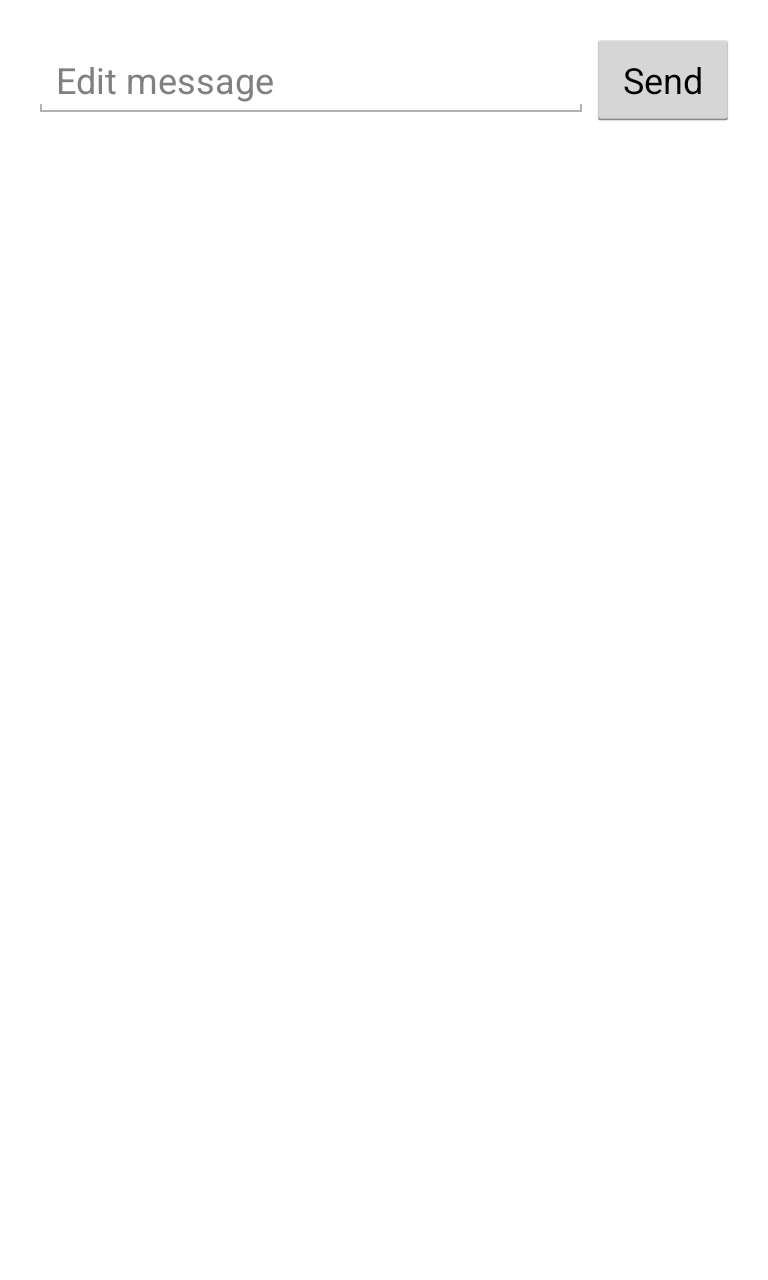
Repository: awaelchli/ese2013_warmup
Layout: MyFirstApp/res/layout/activity_main.xml
An editor plug-in stored every save of this project. The layout is shown before and after the next save, followed by the edit.
It is drawn on a 768 x 1280 px phone screen (xhdpi) without system bars, with theme AppTheme; the app's code is not run.

Above is the layout before, as saved 2013-09-21 11:46:39.

### MyFirstApp/res/layout/activity_main.xml
<LinearLayout xmlns:android="http://schemas.android.com/apk/res/android"
    xmlns:tools="http://schemas.android.com/tools"
    android:layout_width="match_parent"
    android:layout_height="match_parent"
    android:paddingBottom="@dimen/activity_vertical_margin"
    android:paddingLeft="@dimen/activity_horizontal_margin"
    android:paddingRight="@dimen/activity_horizontal_margin"
    android:paddingTop="@dimen/activity_vertical_margin"
    tools:context=".MainActivity"
    android:orientation="horizontal">

    <EditText android:id="@+id/edit_message"
        android:layout_weight="2"
        android:layout_width="wrap_content"
        android:layout_height="wrap_content"
        android:hint="@string/edit_message"/>

    <Button android:id="@+id/button_send"
        android:layout_weight="1"
        android:layout_width="0dp"
        android:layout_height="wrap_content"
        android:text="@string/button_send"/>
</LinearLayout>

### MyFirstApp/res/values/strings.xml
<?xml version="1.0" encoding="utf-8"?>
<resources>

    <string name="app_name">My First App</string>
    <string name="action_settings">Settings</string>
    <string name="hello_world">Hello world!</string>
    <string name="edit_message">Edit message</string>
    <string name="button_send">Send</string>

</resources>

Loaded but not shown: MyFirstApp/res/values/styles.xml (common file); MyFirstApp/res/values-v11/styles.xml (common file); MyFirstApp/res/values-v14/styles.xml (common file); MyFirstApp/res/values/dimens.xml (common file)

After the next save:
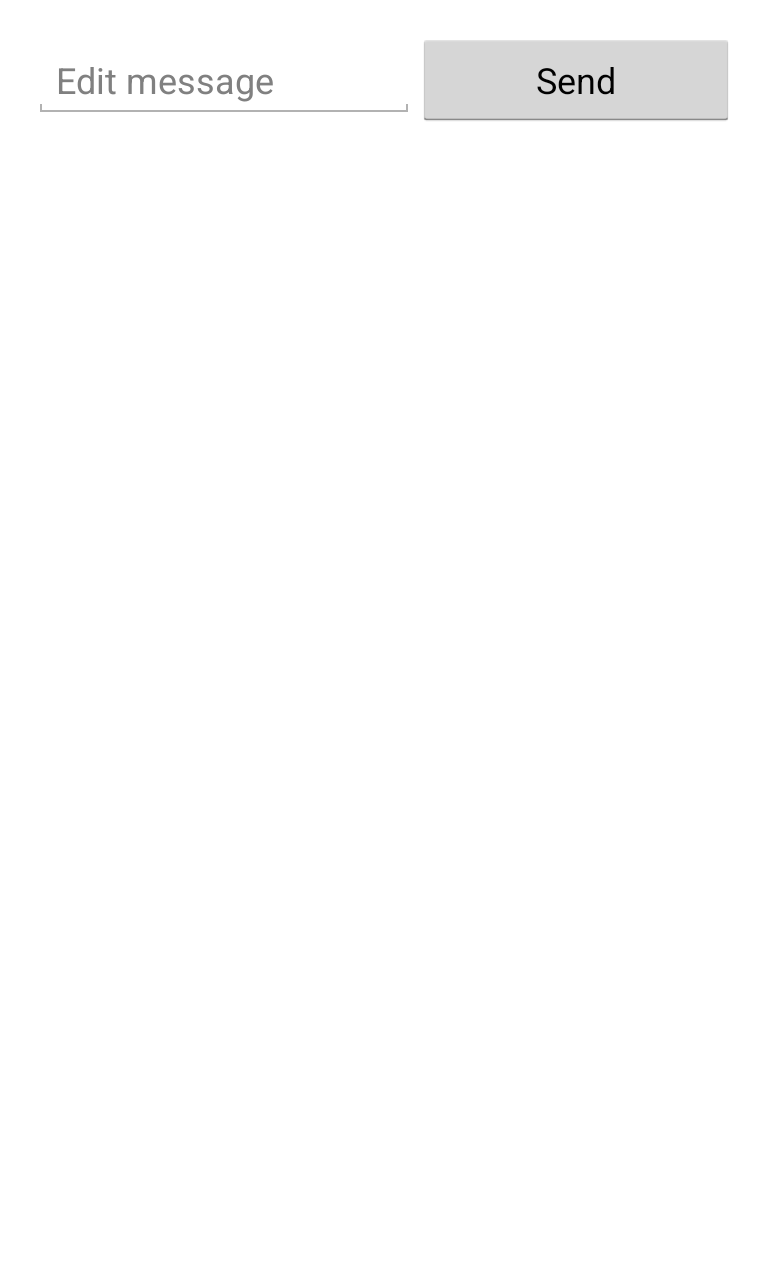
Saved 22 s later.
--- a/MyFirstApp/res/layout/activity_main.xml
+++ b/MyFirstApp/res/layout/activity_main.xml
@@ -11,13 +11,13 @@
 
     <EditText android:id="@+id/edit_message"
         android:layout_weight="2"
-        android:layout_width="wrap_content"
+        android:layout_width="0dp"
         android:layout_height="wrap_content"
         android:hint="@string/edit_message"/>
 
     <Button android:id="@+id/button_send"
         android:layout_weight="1"
-        android:layout_width="0dp"
+        android:layout_width="wrap_content"
         android:layout_height="wrap_content"
         android:text="@string/button_send"/>
 </LinearLayout>
